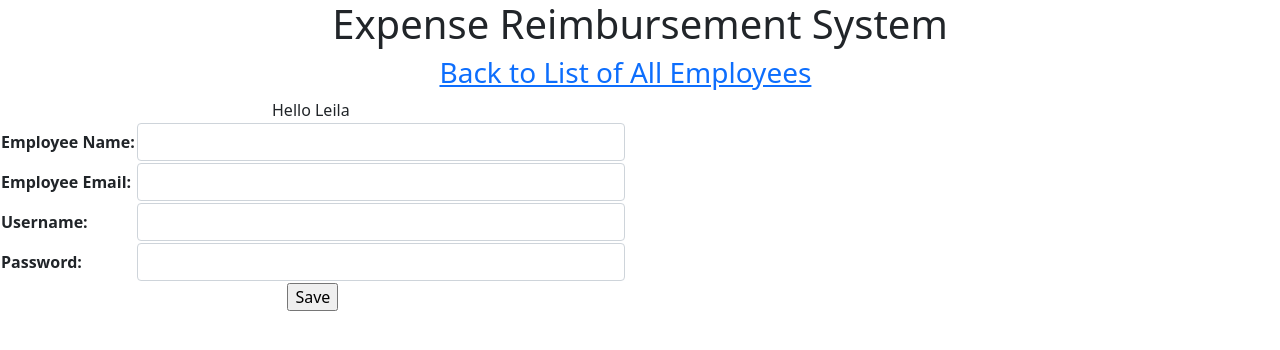
Repository: CCunningham0/project1
Page: http://localhost/reimbursement/employee-form.jsp
These files come from the project's save history. The page is drawn as it stood at one moment and after the next save; the edit follows.
The browser window is 1280 px wide. The pictures show the whole page.
The page is served by Tomcat 10.

Above is the page before, as saved 2021-09-07 05:28:37.

After the next save:
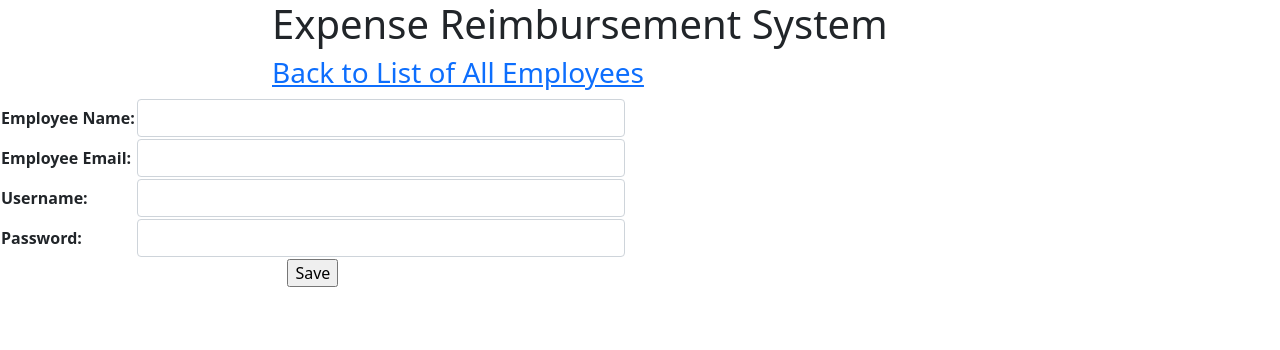
Saved 31 s later.
--- a/reimbursement/src/main/webapp/employee-form.jsp
+++ b/reimbursement/src/main/webapp/employee-form.jsp
@@ -11,38 +11,6 @@
 </head>
 
 <body>
-<center>
-  <h1>Expense Reimbursement System</h1>
-        <h3>
-         <a href="employee-list.jsp">Back to List of All Employees</a>
-         &nbsp;&nbsp;&nbsp;
-         <!-- <a href="list">List All Employee</a> -->
-
-        </h3>
- </center>
-<!-- <center>
-        <form method="post" action="add">
-        <table>
-        	<tr>
-        		<td>Name:<input type="text" name="name" /></td>
-        	</tr>
-        	<tr>
-        		<td>Email:<input type="text" name="email" /></td>
-        	</tr>
-        	<tr>
-        		<td>Username:<input type="text" name="username" /></td>
-        	</tr>
-        	<tr>
-        		<td>Password:<input type="text" name="password" /></td>
-       		 </tr>
-       		 <tr>
-        		<td><input type="submit" value="register" /></td>
-        	</tr>
-
-        </table>
-
-        </form>
- </center> -->
 
 
 
@@ -50,7 +18,13 @@
 <div class="row">
 	<div class="col-md-2"></div>
 	<div class="col-md-8">
-	Hello Leila
+	 <h1>Expense Reimbursement System</h1>
+        <h3>
+         <a href="employee-list.jsp">Back to List of All Employees</a>
+         &nbsp;&nbsp;&nbsp;
+         <!-- <a href="list">List All Employee</a> -->
+
+        </h3>
 	</div>
 	<div class="col-md-2"></div>
 </div>
